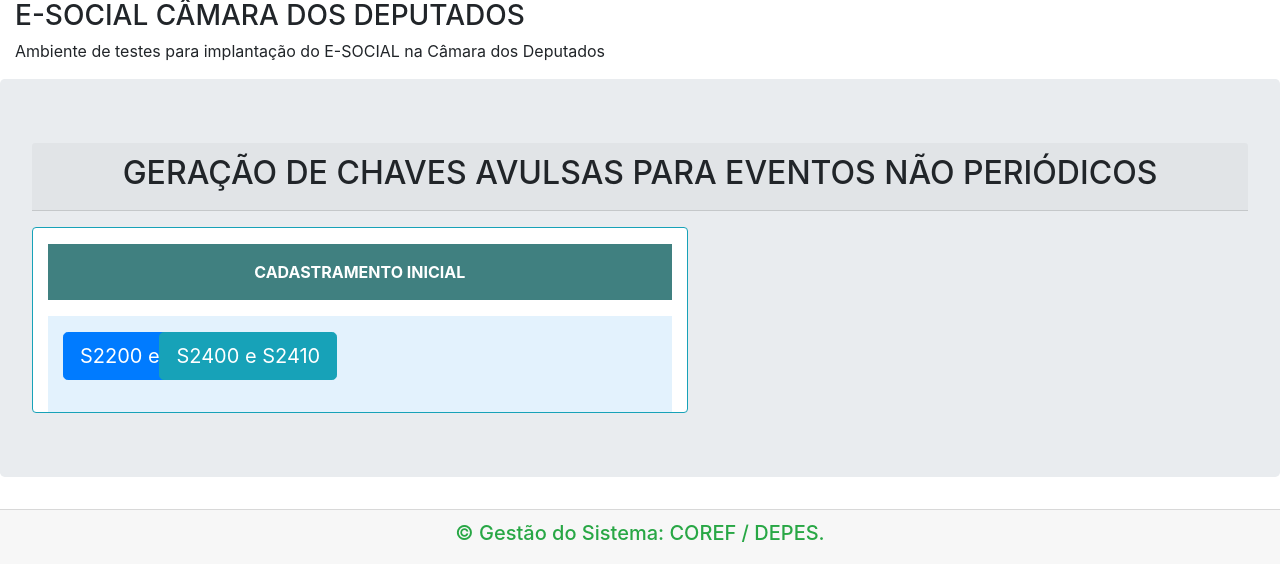
Repository: coref-depes/esocialapp
Page: http://localhost/paginaprincipal
These files come from the project's save history. The page is drawn as it stood at one moment and after the next save; the edit follows.
The browser window is 1280 px wide. The pictures show the whole page.
Some web fonts or font styles are not loaded; a fallback is used. The page is this project's Thymeleaf template; nobody is signed in. The template is opened directly, without the code that normally fills it, so the values that code supplies are empty.

Above is the page before, as saved 2022-08-03 14:16:14.

After the next save:
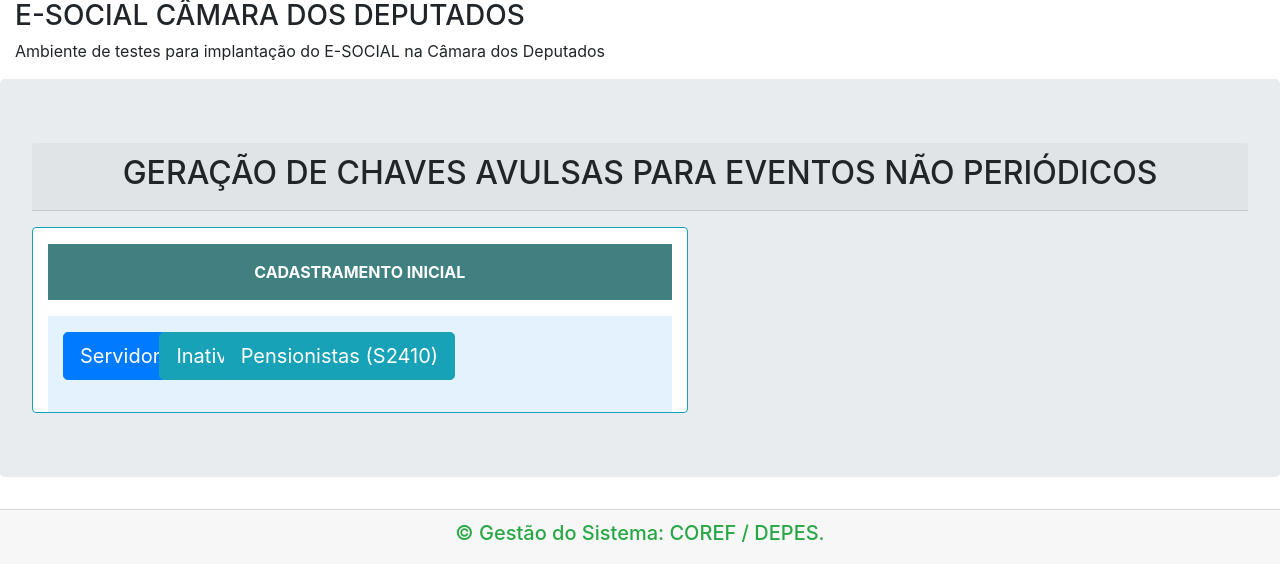
Saved 53 min 1 s later.
--- a/br.gov.camara.esocial/src/main/resources/templates/paginaprincipal.html
+++ b/br.gov.camara.esocial/src/main/resources/templates/paginaprincipal.html
@@ -79,10 +79,13 @@
 
 
   			<div class="form-group col-md-3">
-            	<a class="btn btn-primary btn-lg" id = "bts2200" th:href="@{/cadini/abrecadastroinicial/S2200}" role="button">S2200 e S2300</a></p>
+            	<a class="btn btn-primary btn-lg" id = "bts2200" th:href="@{/cadini/abrecadastroinicial/S2200}" role="button">Servidores Ativos (S2200 e S2300)</a></p>
              </div>
              <div class="form-group col-md-2">
-            	<a class="btn btn-info btn-lg"        th:href="@{/cadinativos/abrecadastroinicial/S2400}"       role="button">S2400 e S2410</a></p>
+            	<a class="btn btn-info btn-lg"        th:href="@{/cadinativos/abrecadastroinicial/S2400}"       role="button">Inativos (S2400 e S2410)</a></p>
+             </div>
+             <div class="form-group col-md-2">
+            	<a class="btn btn-info btn-lg"        th:href="@{/cadinativos/abrecadastroinicial/S2400}"       role="button">Pensionistas (S2410)</a></p>
              </div>
            </div>
          </div>
